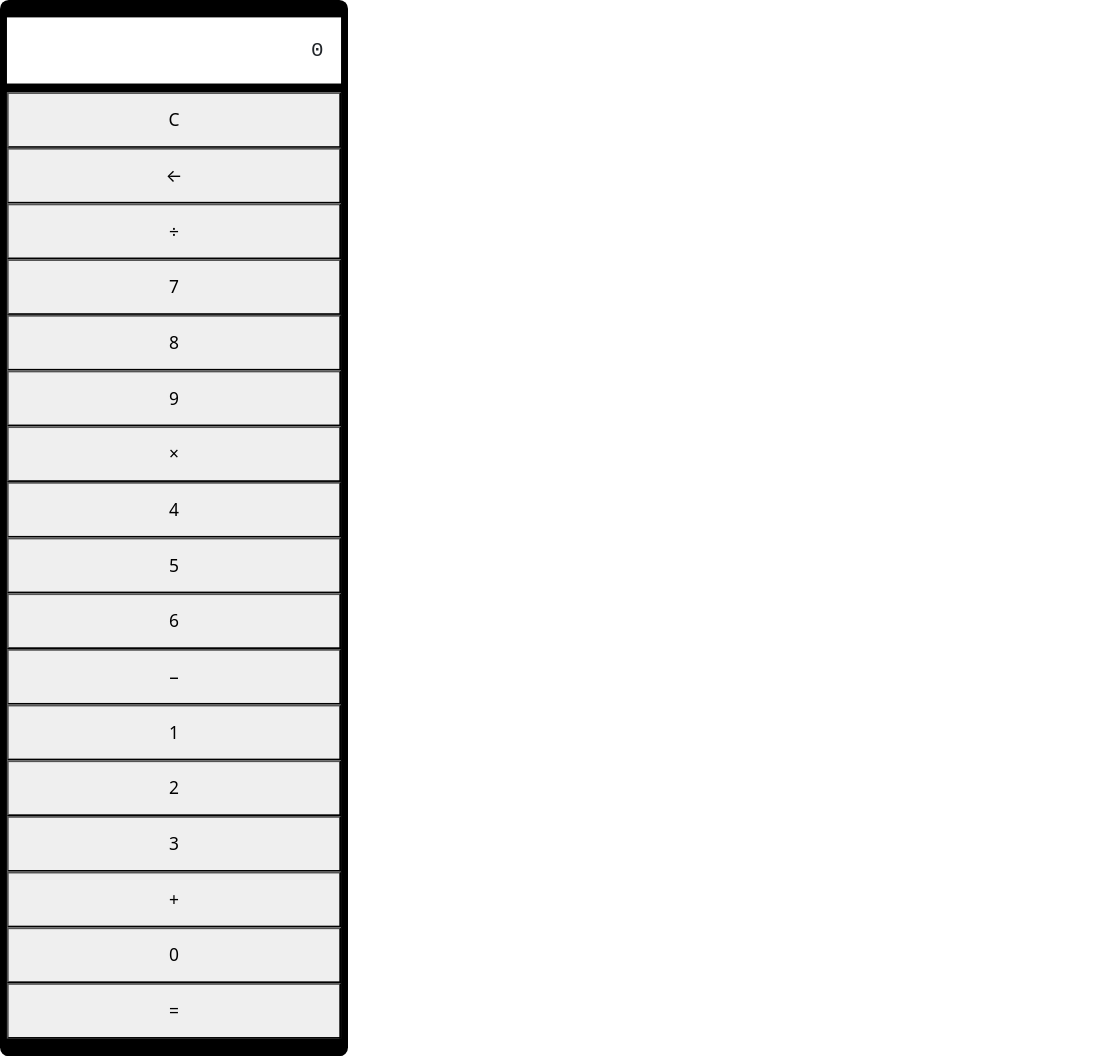
Repository: jgramirez0210/LAB-calculator
Page: index.html
These files come from the project's save history. The page is drawn as it stood at one moment and after a run of saves; the edit follows.
The browser window is 1280 px wide. The pictures show the whole page, at 87% of full size.

Above is the page before, as saved 2023-10-10 20:50:17.

After the next 3 saves:
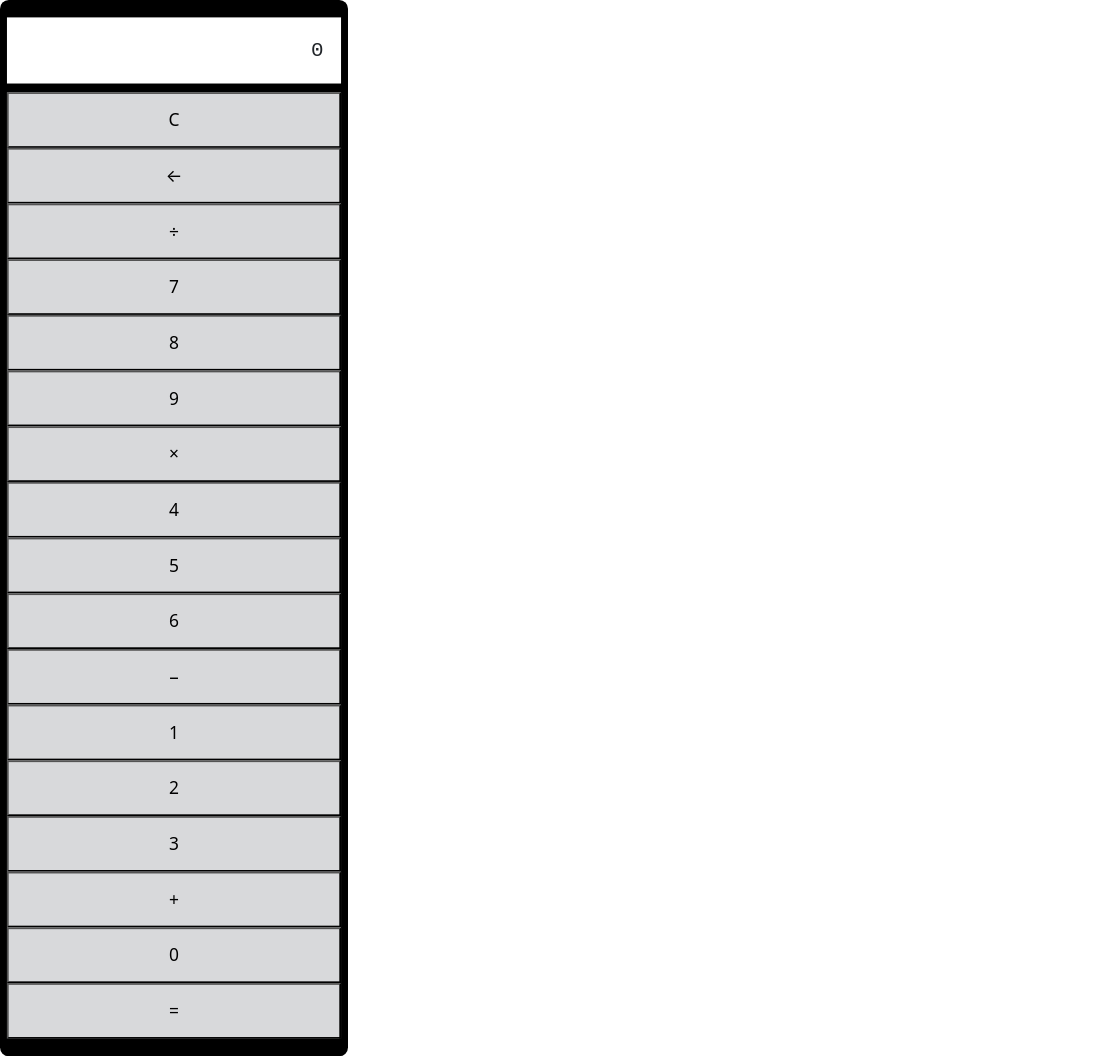
The 3 saves are shown as one change because they came seconds apart.
The last was saved 9 s later.
--- a/main.css
+++ b/main.css
@@ -24,5 +24,6 @@ button {
   width: 24.5%;
   padding:15px;
   font-size: 20px;
-  background-color: #d8
+  background-color: #d8d9db;
+  border
 }
